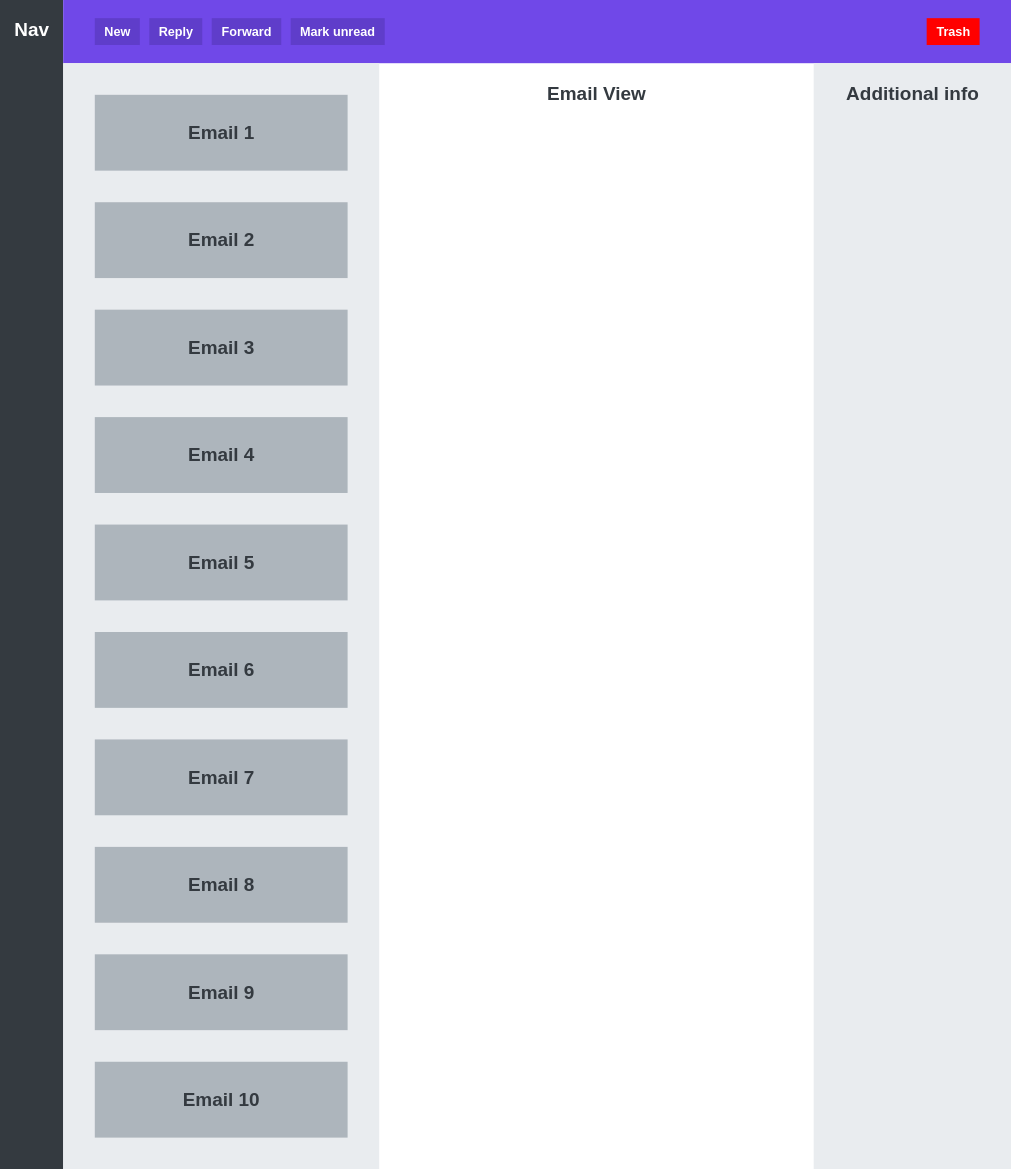
Repository: sunny070/CSS
Page: HTML and CSS some of the important components/06_app-layout.html
These files come from the project's save history. The page is drawn as it stood at one moment and after the next save; the edit follows.
The browser window is 1280 px wide. The pictures show the whole page, at 79% of full size.

Above is the page before, as saved 2023-11-17 14:09:10.

### HTML and CSS some of the important components/06_app-layout.html
<!DOCTYPE html>
<html lang="en">
<head>
    <meta charset="UTF-8">
    <meta name="viewport" content="width=device-width, initial-scale=1.0">
    <title>App Layout</title>
    <style>
        *{
            margin: 0;
            padding: 0;
            box-sizing: border-box;
        }
        body{
            font-family: sans-serif;
            color:#343a40;
            font-size: 24px;
            height: 100vh;
            text-align: center;
            font-weight:bold;
            display: grid;
            grid-template-columns: 80px 400px 1fr 250px;
            grid-template-rows: 80px 1fr;
        }
        nav,section,main,aside{
            padding-top:24px
        }
        nav{
            background-color:#343a40 ;
            color:#fff;
            grid-row: 1/-1;
        }
        menu{
            background-color:#7048e8;
            grid-column: 2/-1;
            display: flex;
            align-items: center;
            gap: 12px;
            padding: 0 40px;
        }
        button{
            display: inline-block;
            font-size: 16px;
            font-weight: bold;
            background-color:#5f3dca;
            border: none;
            cursor: pointer;
            color:#fff ;
            padding: 8px 12px;
        }
        button:last-child{
            margin-left:auto ;
            background-color:red;
        }
        section{
            background-color:#e9ecef;
            padding: 40px;
            overflow: ;
            display: flex;
            flex-direction: column;
            gap: 40px;
        }
        .email{
            background-color:#adb5bc;
            height: 96px;
            display: flex;
            align-items:center;
            justify-content: center;

        }
        aside{
            background-color:#e9ecef;
        }
    </style>
</head>
<body>
    <nav>Nav</nav>
    <menu>
        <button>New</button>
        <button>Reply</button>
        <button>Forward</button>
        <button>Mark unread</button>
        <button>Trash</button>
    </menu>
    <section>
        <div class="email">Email 1</div>
        <div class="email">Email 2</div>
        <div class="email">Email 3</div>
        <div class="email">Email 4</div>
        <div class="email">Email 5</div>
        <div class="email">Email 6</div>
        <div class="email">Email 7</div>
        <div class="email">Email 8</div>
        <div class="email">Email 9</div>
        <div class="email">Email 10</div>
    </section>
    <main>Email View</main>
    <aside>Additional info</aside>
</body>
</html>

After the next save:
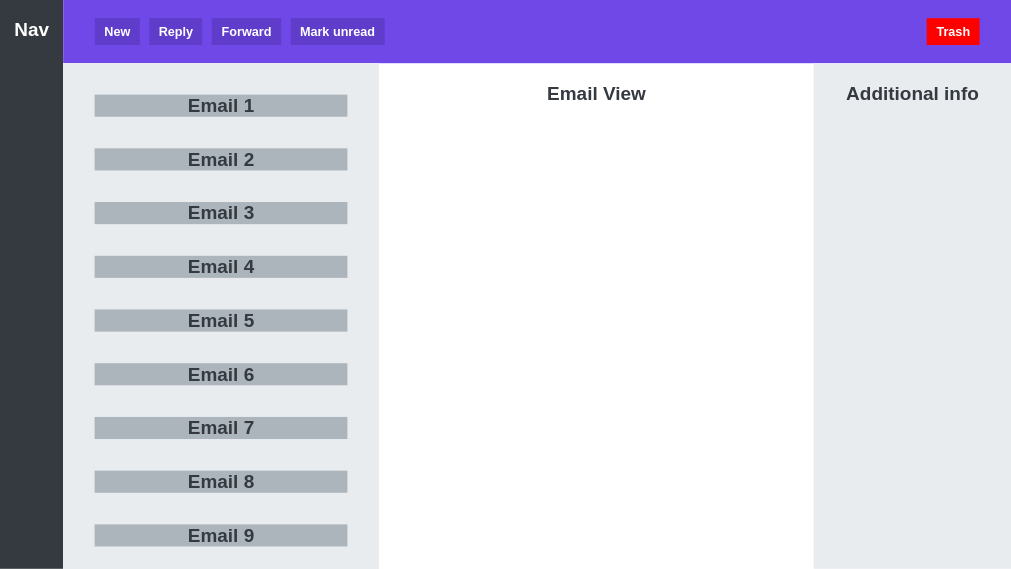
Saved 4 s later.
--- a/HTML and CSS some of the important components/06_app-layout.html
+++ b/HTML and CSS some of the important components/06_app-layout.html
@@ -54,7 +54,7 @@
         section{
             background-color:#e9ecef;
             padding: 40px;
-            overflow: ;
+            overflow: scroll;
             display: flex;
             flex-direction: column;
             gap: 40px;
